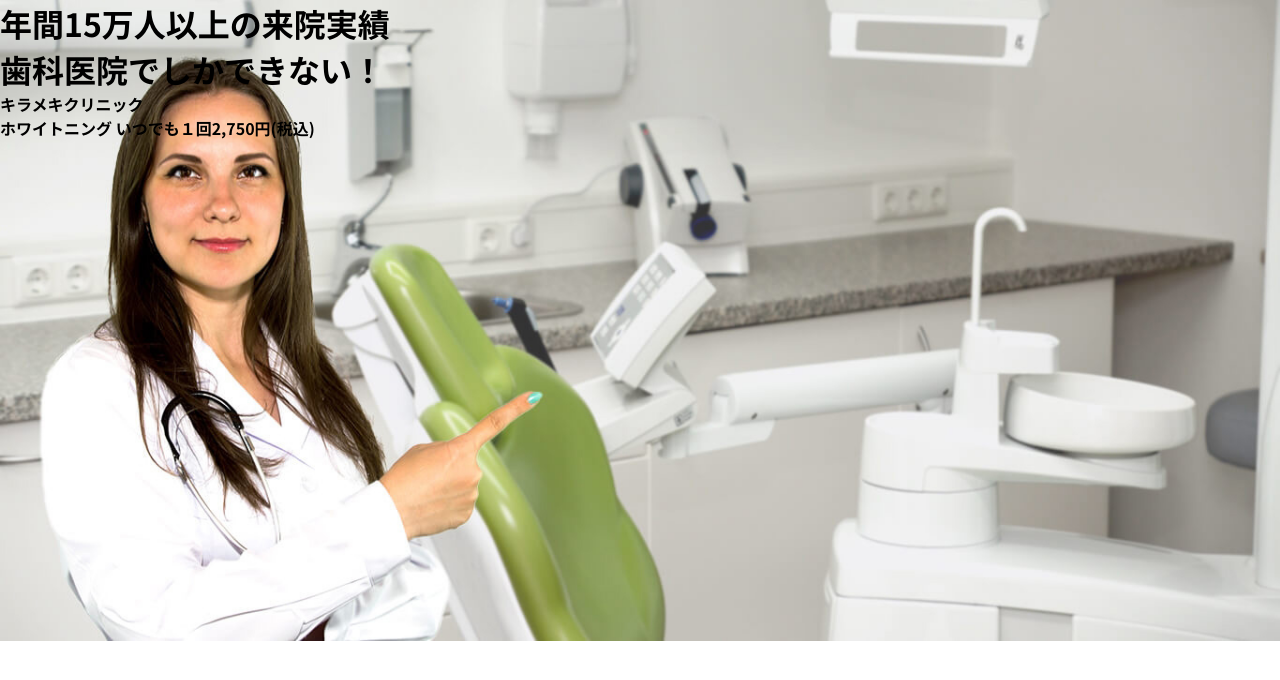
Repository: ryu-nuno/tech_academy_subwork
Page: first/index.html
The author's editor kept a record of every edit. The page is drawn from the files as they stood at one moment, then again after the next edit.
The browser window is 1280 px wide. The pictures show the whole page.
Some web libraries are served in a nearby version.

Above is the page before.

### first/index.html
<!DOCTYPE html>
<html lang="ja">

  <head>
    <title>first</title>
  <meta charset="utf-8">
  <meta name="description" content="kirameki clinic">
  <meta name="viewport" content="width=device-width, initial-scale=1">
  <meta property="og:site_name" content="キラメキクリニック｜歯科医院でホワイトニング" />
  <meta property="og:title" content="キラメキクリニック｜歯科医院でホワイトニング">
  <meta property="og:description" content="キラメキクリニックは、年間15万人以上の来院実績がある歯科医院です。有資格者によるプロの施術を1回2,750円〜で手軽にホワイトニングができます。ホワイトニングをしてみたい方はお問い合わせの上ぜひご来院ください！">
  <meta property="og:type" content="article">
  <meta property="og:url" content="https://demo.techacademy.jp/sidejob-selfstudy1/">
  <meta property="og:image" content="https://demo.techacademy.jp/sidejob-selfstudy1/images/main_pc.jpg">
  <meta property="og:locale" content="ja_JP">
  <link rel="stylesheet" href="assets/ress/ress.min.css">
  <link rel="stylesheet" href="css/style.css">
  <script src="https://kit.fontawesome.com/ab2670e4fc.js" crossorigin="anonymous"></script>
  </head>

  <body>
    <header>
      <div class="container">
        <div class="contents-width">
          <div class="wrapper">
          <h1>
          <span>年間15万人以上の来院実績</span><br>
          <span>歯科医院でしかできない！</span><br>
          </h1>
          <p>キラメキクリニック</p>
          <span>ホワイトニング</span>
          <span>いつでも１回2,750円(税込)</span>
          </div>
        </div>
      </div>
    </header>
  </body>

### first/assets/ress/ress.min.css
/*!
 * ress.css • v4.0.0
 * MIT License
 * github.com/filipelinhares/ress
 */html{box-sizing:border-box;-webkit-text-size-adjust:100%;word-break:normal;-moz-tab-size:4;tab-size:4}*,:after,:before{background-repeat:no-repeat;box-sizing:inherit}:after,:before{text-decoration:inherit;vertical-align:inherit}*{padding:0;margin:0}hr{overflow:visible;height:0;color:inherit}details,main{display:block}summary{display:list-item}small{font-size:80%}[hidden]{display:none}abbr[title]{border-bottom:none;text-decoration:underline;text-decoration:underline dotted}a{background-color:transparent}a:active,a:hover{outline-width:0}code,kbd,pre,samp{font-family:monospace,monospace}pre{font-size:1em}b,strong{font-weight:bolder}sub,sup{font-size:75%;line-height:0;position:relative;vertical-align:baseline}sub{bottom:-.25em}sup{top:-.5em}table{border-color:inherit;text-indent:0}input{border-radius:0}[disabled]{cursor:default}[type=number]::-webkit-inner-spin-button,[type=number]::-webkit-outer-spin-button{height:auto}[type=search]{-webkit-appearance:textfield;outline-offset:-2px}[type=search]::-webkit-search-decoration{-webkit-appearance:none}textarea{overflow:auto;resize:vertical}button,input,optgroup,select,textarea{font:inherit}optgroup{font-weight:700}button{overflow:visible}button,select{text-transform:none}[role=button],[type=button],[type=reset],[type=submit],button{cursor:pointer;color:inherit}[type=button]::-moz-focus-inner,[type=reset]::-moz-focus-inner,[type=submit]::-moz-focus-inner,button::-moz-focus-inner{border-style:none;padding:0}[type=button]::-moz-focus-inner,[type=reset]::-moz-focus-inner,[type=submit]::-moz-focus-inner,button:-moz-focusring{outline:1px dotted ButtonText}[type=reset],[type=submit],button,html [type=button]{-webkit-appearance:button}button,input,select,textarea{background-color:transparent;border-style:none}a:focus,button:focus,input:focus,select:focus,textarea:focus{outline-width:0}select{-moz-appearance:none;-webkit-appearance:none}select::-ms-expand{display:none}select::-ms-value{color:currentColor}legend{border:0;color:inherit;display:table;white-space:normal;max-width:100%}::-webkit-file-upload-button{-webkit-appearance:button;color:inherit;font:inherit}img{border-style:none}progress{vertical-align:baseline}[aria-busy=true]{cursor:progress}[aria-controls]{cursor:pointer}[aria-disabled=true]{cursor:default}

### first/css/style.css
@charset "UTF-8"; /* 文字コードの指定 */
@import url('https://fonts.googleapis.com/css2?family=Noto+Sans+JP:wght@400;700;900&display=swap');
@import url('https://fonts.googleapis.com/css2?family=Noto+Serif+JP:wght@400;700&display=swap');


body {
    font-family: 'Noto Sans JP',sans-serif;
    font-weight: 900;
    color: #000000;
}

header{
  background-image: url(../img/main_pc.jpg);
  height: 50.073vw;
  background-size: cover;

}

.header-wrapper{
  display: flex;
  justify-content: flex-end;
  padding: 0 1.6rem;
  height: 100%;
  align-items:center;
}

header .header-content span{
  display: inline-block;
}

After the next edit:
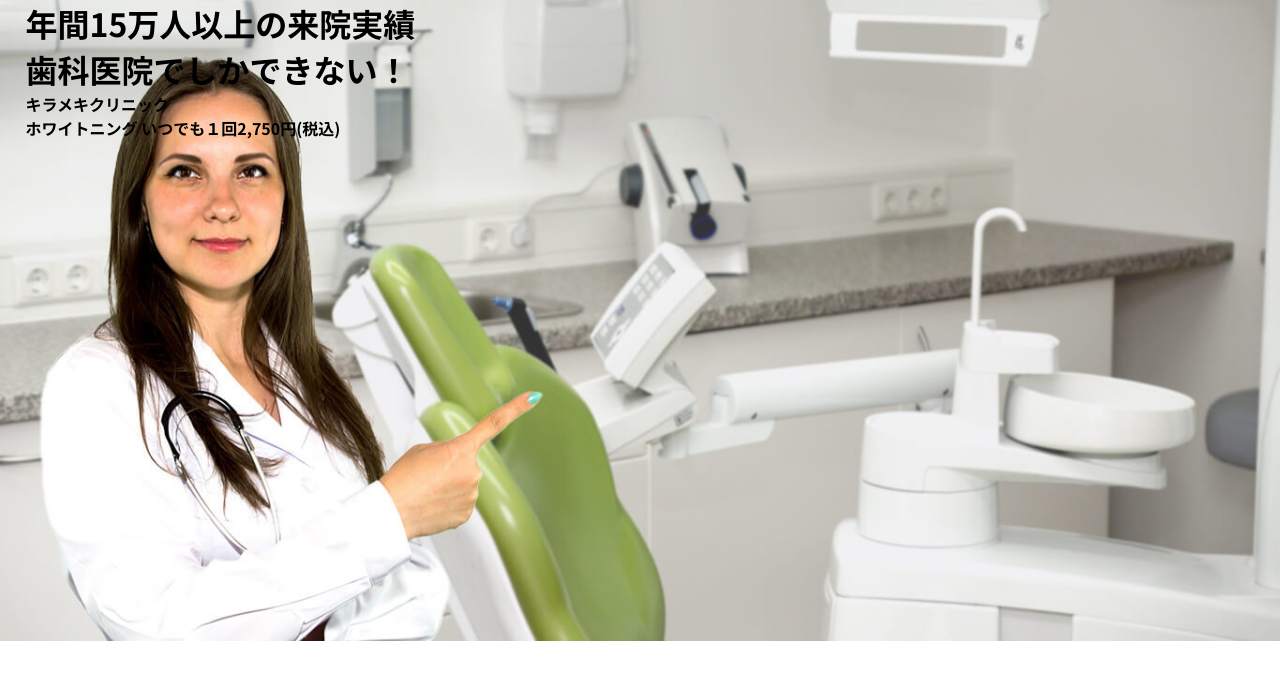
The edit:
--- a/first/css/style.css
+++ b/first/css/style.css
@@ -16,9 +16,8 @@
 
 }
 
-.header-wrapper{
-  display: flex;
-  justify-content: flex-end;
+.container{
+
   padding: 0 1.6rem;
   height: 100%;
   align-items:center;
